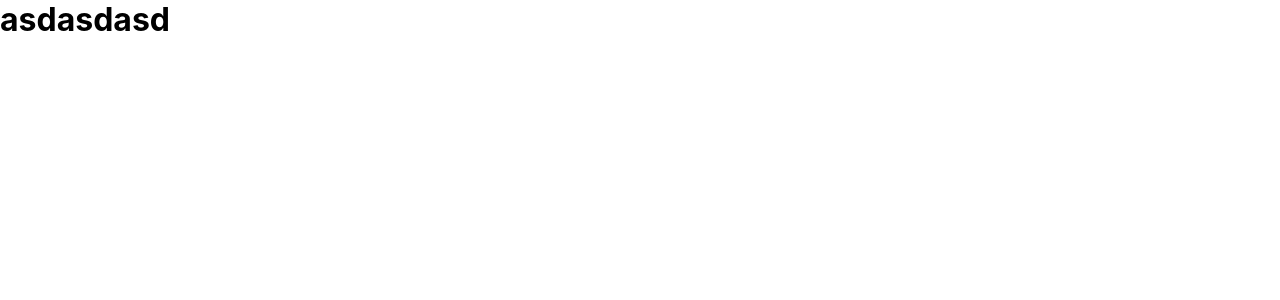
Repository: ehabmelhem/Demotweet-app
Page: /
An editor plug-in stored every save of this project. The page is shown before and after the next save, followed by the edit.
The browser window is 1280 px wide. The pictures show the whole page.
The project was rebuilt for these pictures with package versions that can differ from the ones it lists, and the page was loaded fresh each time.

Above is the page before, as saved 2021-01-22 20:07:38.

### src/index.js
import React from "react";
import ReactDOM from "react-dom";
import "./index.css";
import Good from "./App";
import reportWebVitals from "./reportWebVitals";

ReactDOM.render(
  <React.StrictMode>
    <Good />
  </React.StrictMode>,
  document.getElementById("root")
);

// If you want to start measuring performance in your app, pass a function
// to log results (for example: reportWebVitals(console.log))
// or send to an analytics endpoint. Learn more: https://bit.ly/CRA-vitals
reportWebVitals();

### src/App.js
import { useState } from "react";
import "./App.css";

export default function Good() {
  const [h1_value, setHvalue] = useState("ehab");
  return (
    <div>
      <h1>asdasdasd</h1>
    </div>
  );
}

Loaded but not shown: public/index.html (common file); src/index.css (common file); src/reportWebVitals.js (common file); src/App.css (common file)

After the next save:
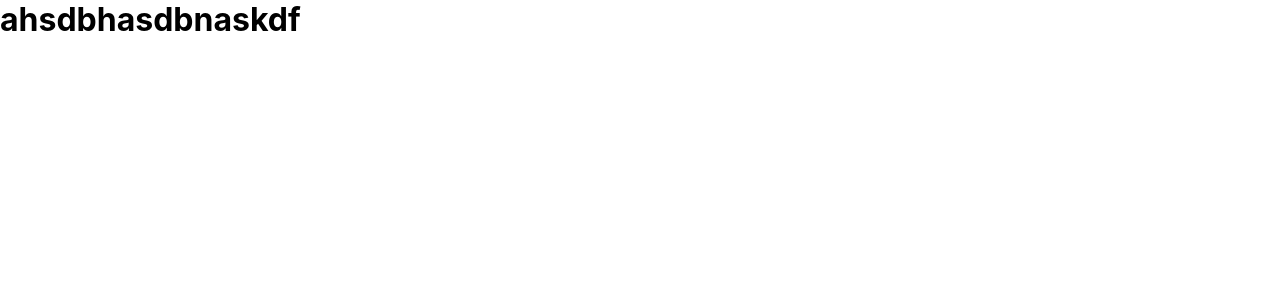
Saved 16 s later.
--- a/src/App.js
+++ b/src/App.js
@@ -5,7 +5,7 @@ export default function Good() {
   const [h1_value, setHvalue] = useState("ehab");
   return (
     <div>
-      <h1>asdasdasd</h1>
+      <h1>ahsdbhasdbnaskdf</h1>
     </div>
   );
 }
